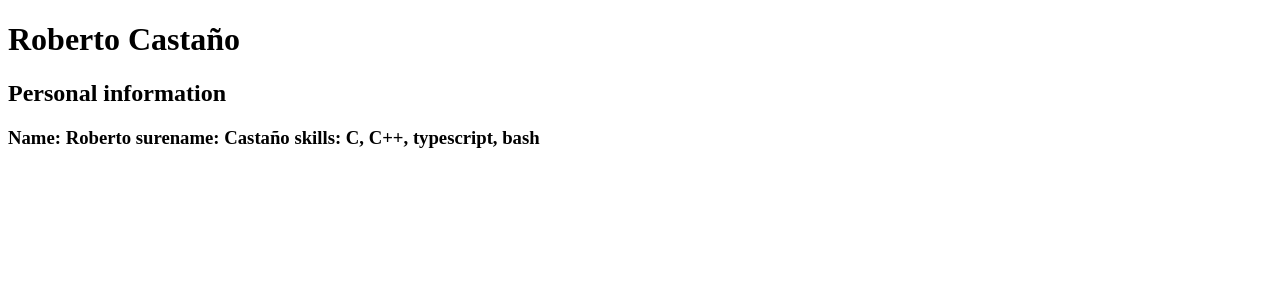
Repository: cronopi/django
Page: Training-Python-Django-0 1/ex01/cv.html
An editor plug-in stored every save of this project. The page is shown before and after the next save, followed by the edit.
The browser window is 1280 px wide. The pictures show the whole page.

Above is the page before, as saved 2026-03-10 11:58:57.

After the next save:
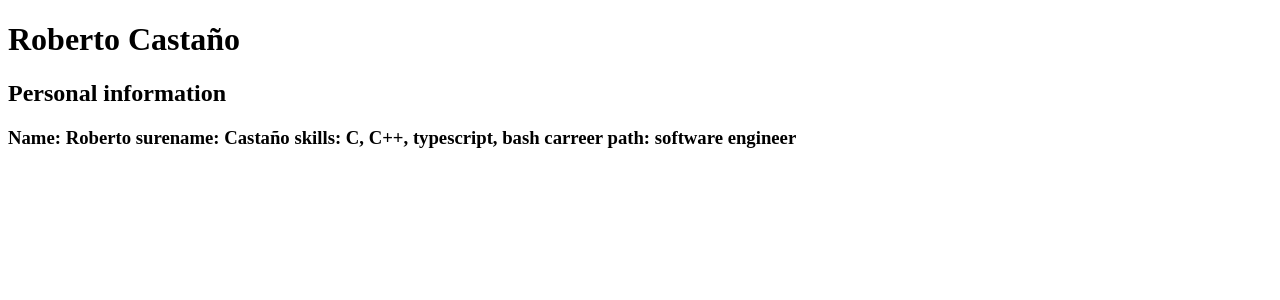
Saved 18 s later.
--- a/Training-Python-Django-0 1/ex01/cv.html
+++ b/Training-Python-Django-0 1/ex01/cv.html
@@ -12,6 +12,7 @@
 		Name: Roberto
 		surename: Castaño
 		skills: C, C++, typescript, bash
+		carreer path: software engineer
 	</h3>
 </body>
 
